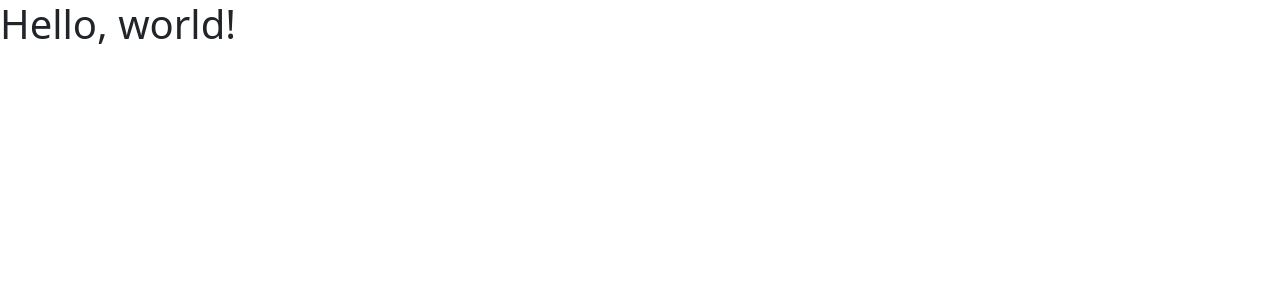
Repository: MintuKrishnan/subrahmanyam-batch
Page: front-end/bootstrap/index.html
An editor plug-in stored every save of this project. The page is shown before and after the next save, followed by the edit.
The browser window is 1280 px wide. The pictures show the whole page.

Above is the page before, as saved 2021-03-09 10:13:44.

After the next save:
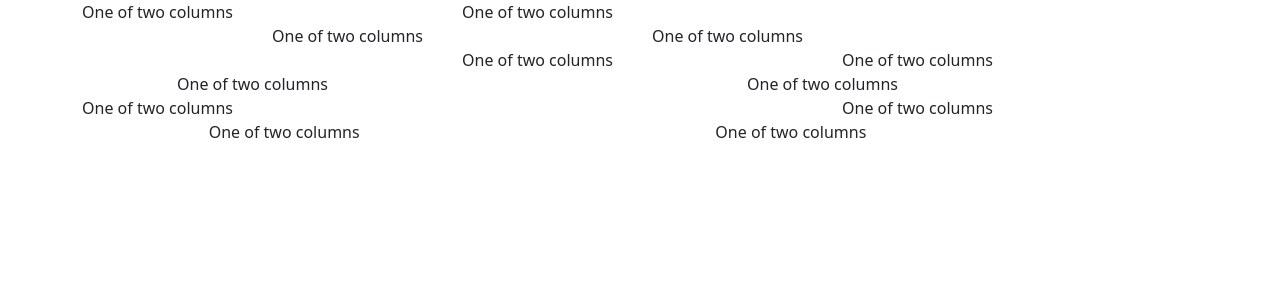
Saved 79 s later.
--- a/front-end/bootstrap/index.html
+++ b/front-end/bootstrap/index.html
@@ -16,7 +16,32 @@
     <title>Hello, world!</title>
   </head>
   <body>
-    <h1>Hello, world!</h1>
+    <div class="container">
+      <div class="row justify-content-start">
+        <div class="col-4">One of two columns</div>
+        <div class="col-4">One of two columns</div>
+      </div>
+      <div class="row justify-content-center">
+        <div class="col-4">One of two columns</div>
+        <div class="col-4">One of two columns</div>
+      </div>
+      <div class="row justify-content-end">
+        <div class="col-4">One of two columns</div>
+        <div class="col-4">One of two columns</div>
+      </div>
+      <div class="row justify-content-around">
+        <div class="col-4">One of two columns</div>
+        <div class="col-4">One of two columns</div>
+      </div>
+      <div class="row justify-content-between">
+        <div class="col-4">One of two columns</div>
+        <div class="col-4">One of two columns</div>
+      </div>
+      <div class="row justify-content-evenly">
+        <div class="col-4">One of two columns</div>
+        <div class="col-4">One of two columns</div>
+      </div>
+    </div>
 
     <!-- Optional JavaScript; choose one of the two! -->
 
